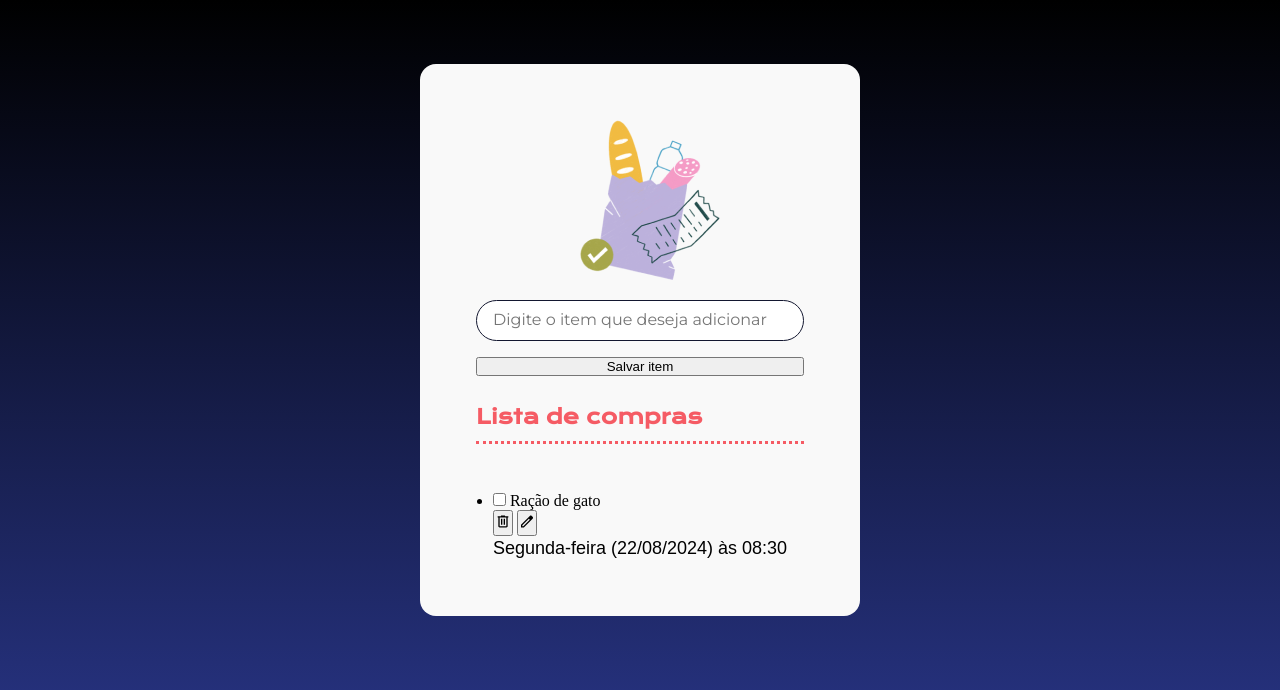
Repository: joaoPraiaJunior/compras_js
Page: index.html
An editor plug-in stored every save of this project. The page is shown before and after the next save, followed by the edit.
The browser window is 1280 px wide. The pictures show the whole page.
Some web fonts or font styles are not loaded; a fallback is used.

Above is the page before, as saved 2024-08-22 21:05:43.

After the next save:
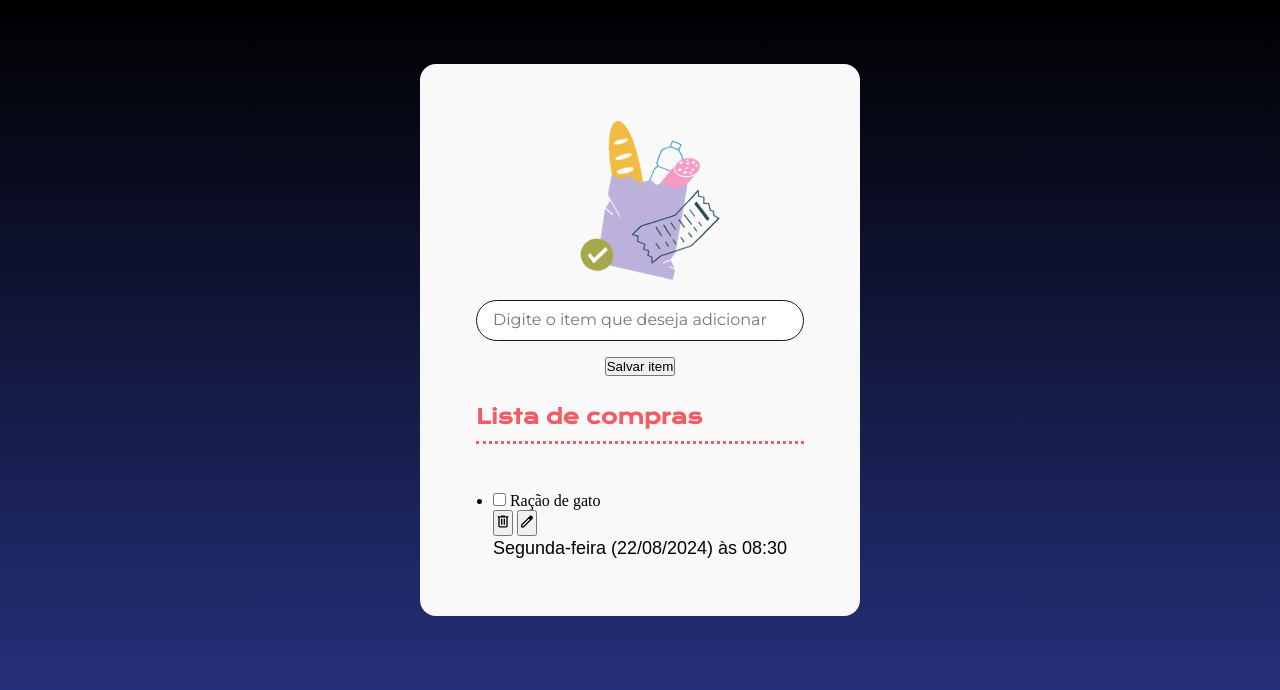
Saved 73 s later.
--- a/css/styles.css
+++ b/css/styles.css
@@ -97,5 +97,5 @@ p {
 }
 
 .busca__botao {
-    display: inline-block;
+    align-self: center;
 }
